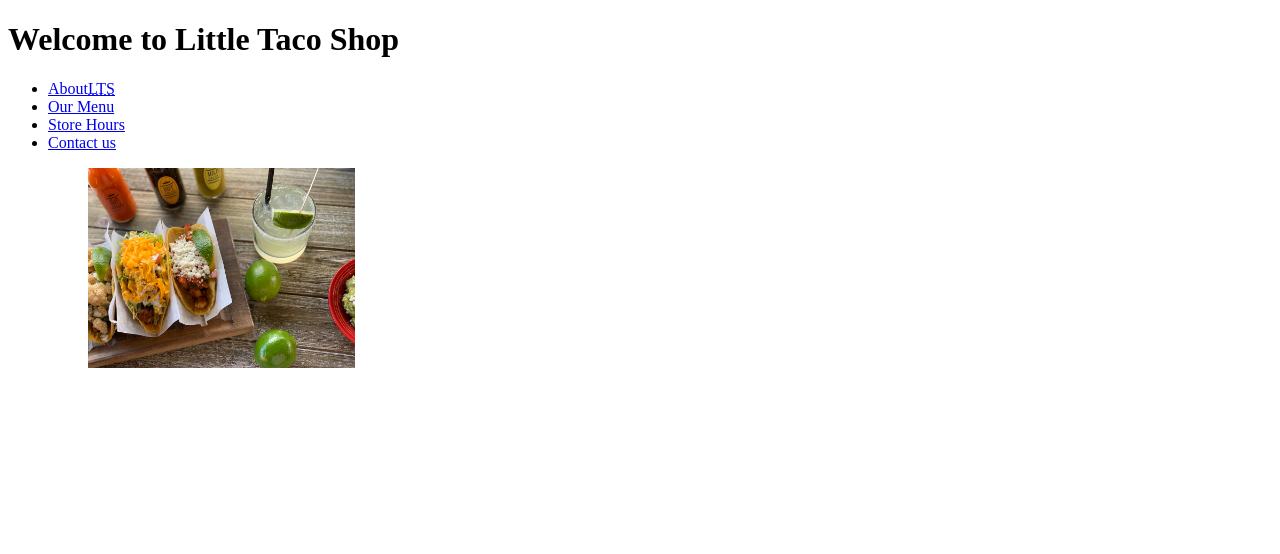
Repository: cavidk/taco_shop-web
Page: html basics/index.html
These files come from the project's save history. The page is drawn as it stood at one moment and after the next save; the edit follows.
The browser window is 1280 px wide. The pictures show the whole page.

Above is the page before, as saved 2024-06-10 12:17:42.

After the next save:
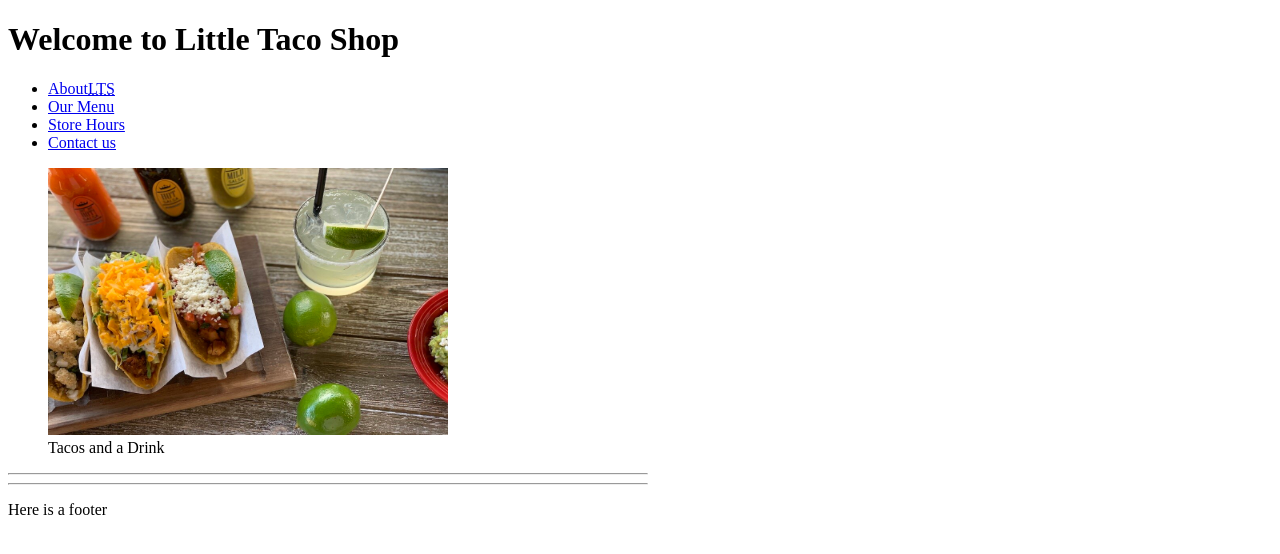
Saved 3 h 43 min later.
--- a/html basics/index.html
+++ b/html basics/index.html
@@ -1,5 +1,6 @@
 <!DOCTYPE html>
 <html lang="en">
+
 <head>
    <meta charset="UTF-8">
    <meta name="author" content="Paimon">
@@ -9,6 +10,7 @@
    <link rel="icon" href="icons8-star-100.png" type="image">
    <link rel="stylesheet" href="css/style.css">
 </head>
+
 <body>
    <header>
       <h1>Welcome to Little Taco Shop</h1>
@@ -26,16 +28,31 @@
             <li>
                <a href="contact.html">Contact us</a>
             </li>
+         </ul>
 
             <figure>
-               <img
-               height="200"
-                src="images/image-24.jpeg" alt="This is a Drink with taco">
+               <img width="400" height="267" src="images/image-24.jpeg" alt="This is a Drink with taco"
+                  title="We love tacos">
+
+                  <figcaption>
+                     Tacos and a Drink
+                  </figcaption>
+            </figure>
+   </header>
+     <hr>
+     <main>
+      <!--Our Content-->
 
 
-            </figure>
+     </main>
 
-         </ul>
-   </header>
+     <hr>
+   <footer>
+      <p>
+         Here is a footer
+      </p>
+   </footer>
+
 </body>
+
 </html>
